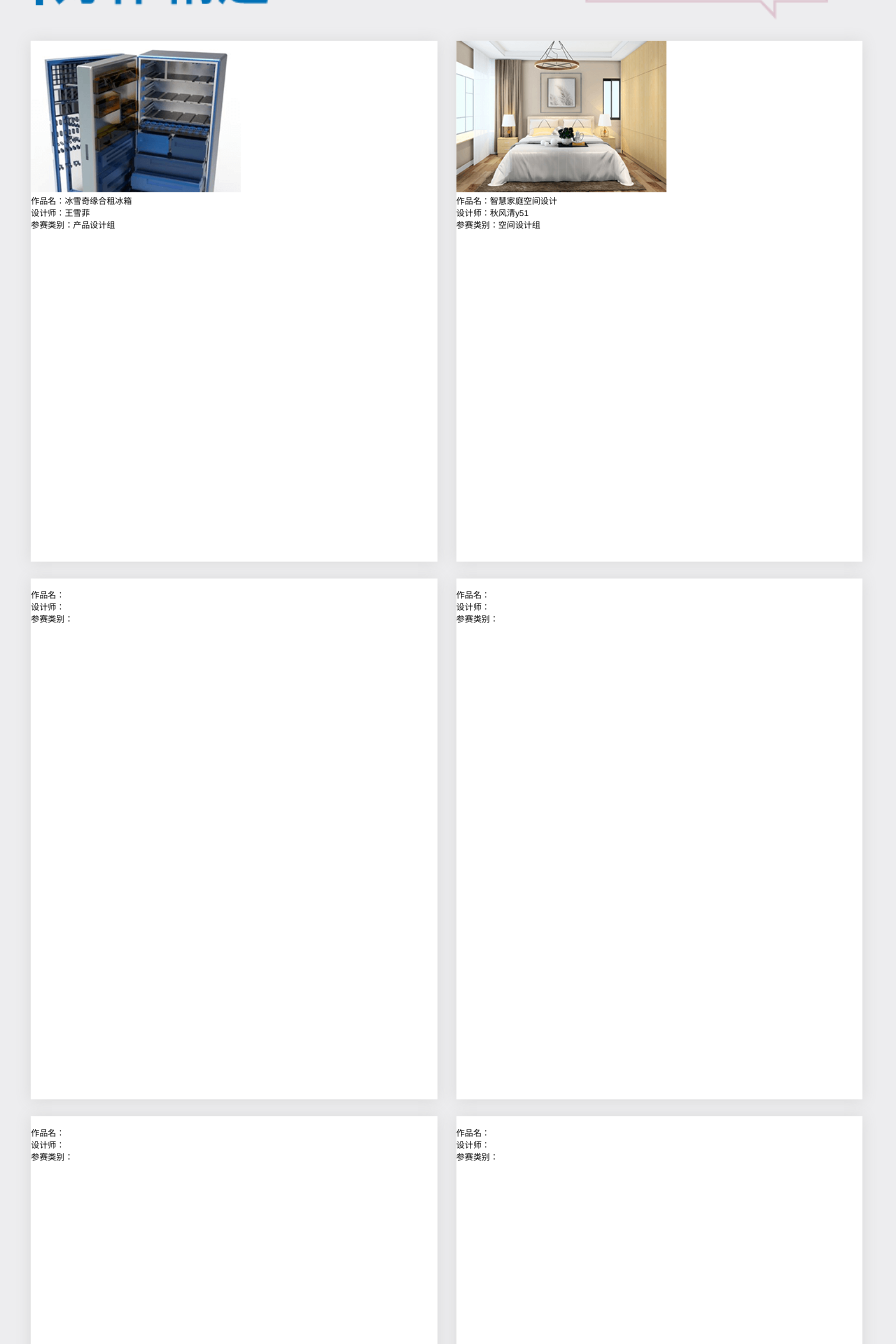
Repository: wangbiaozy/11.16
Page: pingxuan.html
These files come from the project's save history. The page is drawn as it stood at one moment and after the next save; the edit follows.
The browser window is 1280 px wide. The pictures show the part of the page from y = 528 to 2448 px (the page is 4427 px tall), at 70% of full size.

Above is the page before, as saved 2018-11-16 17:37:54.

After the next save:
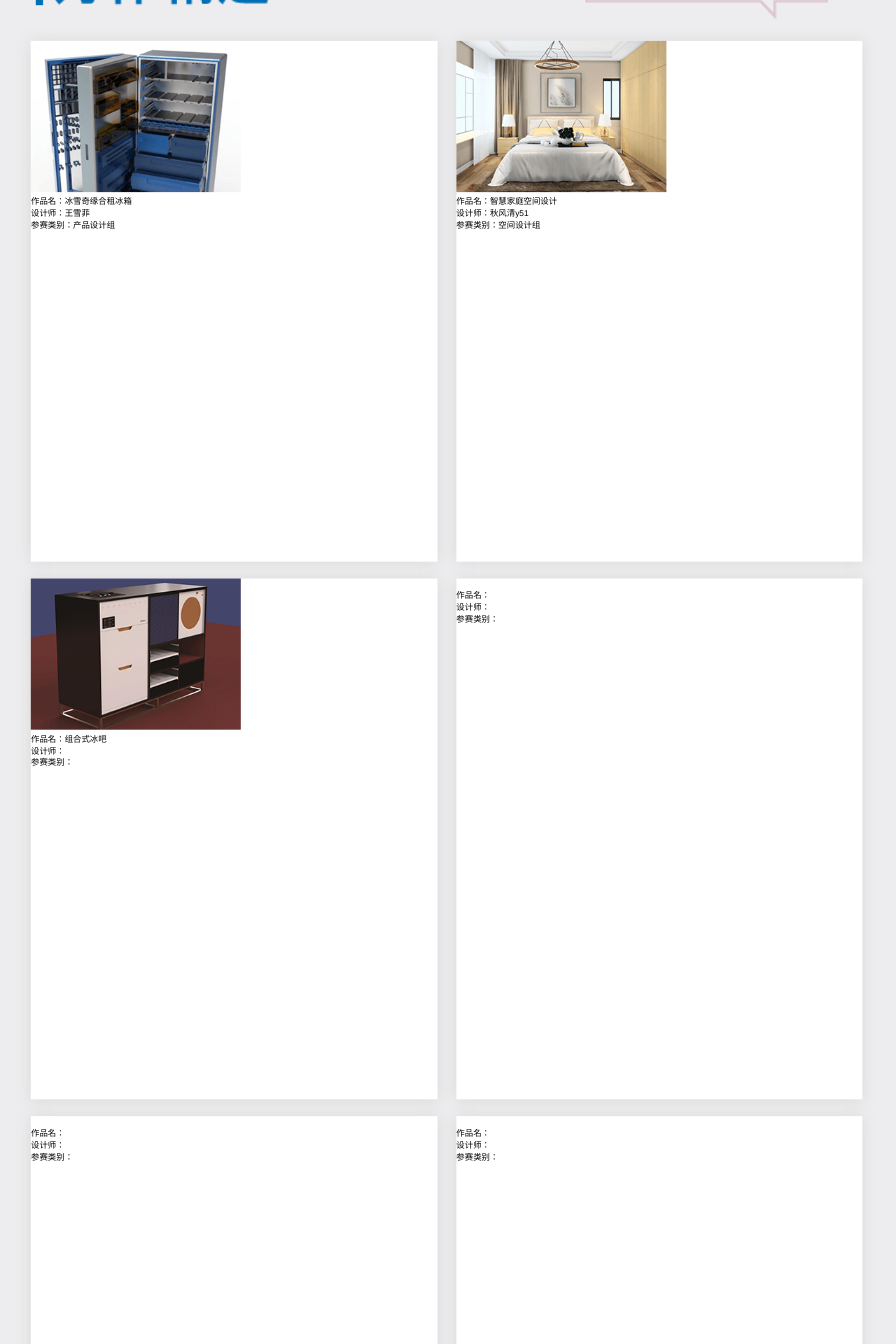
Saved 22 s later.
--- a/pingxuan.html
+++ b/pingxuan.html
@@ -32,8 +32,8 @@
                     <a href=""></a>
                 </li>
                 <li>
-                    <img src="" alt="">
-                    <p>作品名：<span></span></p>
+                    <img src="./images/zp_3.png" alt="">
+                    <p>作品名：<span>组合式冰吧</span></p>
                     <p>设计师：<span></span></p>
                     <p>参赛类别：<span></span></p>
                     <a class="zan" href="javascript:void(0)"></a>
